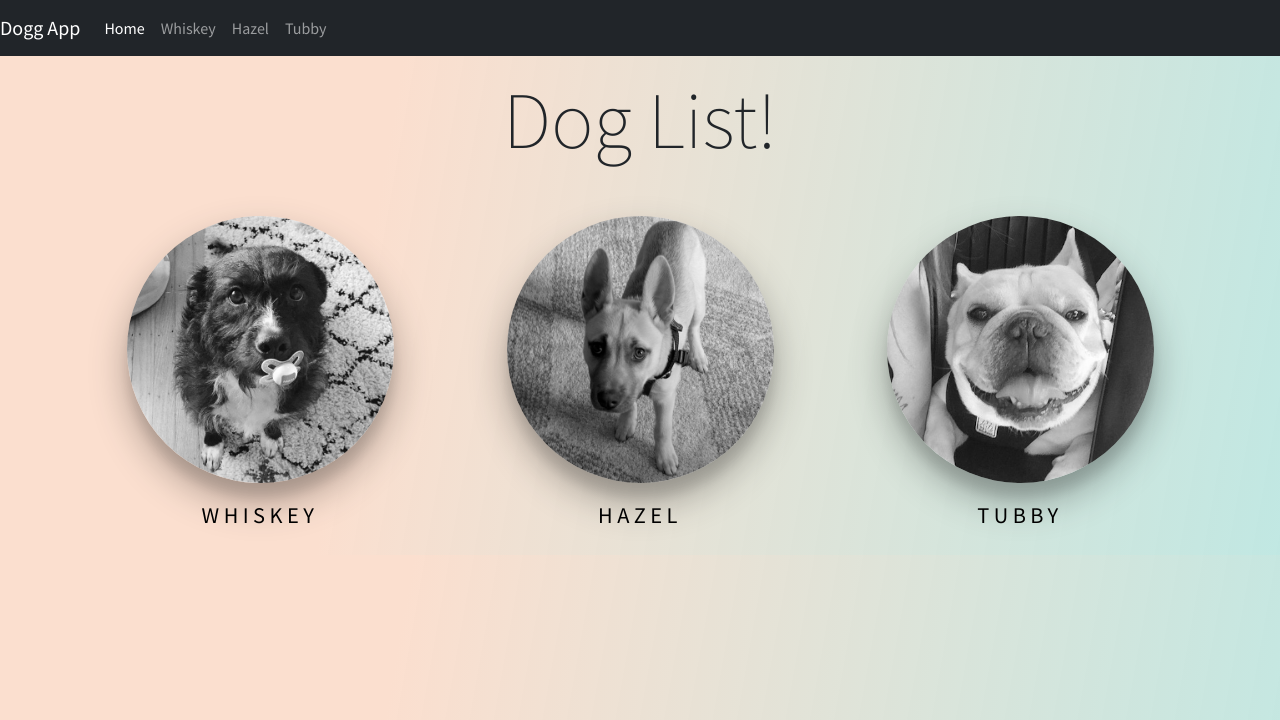
Repository: zhapar/dogs
Page: /dogs
An editor plug-in stored every save of this project. The page is shown before and after the next save, followed by the edit.
The browser window is 1280 px wide. The pictures show the whole page.
The project was rebuilt for these pictures with package versions that can differ from the ones it lists, and the page was loaded fresh each time. A package was used in the major version that the imports need, not the one package.json lists. Also part of the build but not shown: src/DogDetails.css, src/DogDetails.js, src/App.css.

Above is the page before, as saved 2020-09-06 13:21:27.

### src/index.js
import React from "react";
import ReactDOM from "react-dom";
import "bootstrap";
import "bootstrap/dist/css/bootstrap.min.css";
import { BrowserRouter } from "react-router-dom";
import "./index.css";
import App from "./App";
import * as serviceWorker from "./serviceWorker";

ReactDOM.render(
  <React.StrictMode>
    <BrowserRouter>
      <App />
    </BrowserRouter>
  </React.StrictMode>,
  document.getElementById("root")
);

// If you want your app to work offline and load faster, you can change
// unregister() to register() below. Note this comes with some pitfalls.
// Learn more about service workers: https://bit.ly/CRA-PWA
serviceWorker.unregister();

### src/index.css
@import url('https://fonts.googleapis.com/css2?family=Source+Sans+Pro:wght@200;400&display=swap');

body {
  margin: 0;
  font-family: 'Source Sans Pro', sans-serif;
  -webkit-font-smoothing: antialiased;
  -moz-osx-font-smoothing: grayscale;
  background: linear-gradient(100deg,
      rgba(250, 215, 195, 0.8) 30%,
      #b0eae8 120%);
}

code {
  font-family: source-code-pro, Menlo, Monaco, Consolas, 'Courier New',
    monospace;
}

### src/App.js
import React, { Component } from "react";
import Navbar from "./Navbar";
import Routes from "./Routes";
import whiskey from "./images/whiskey.jpg";
import hazel from "./images/hazel.jpg";
import tubby from "./images/tubby.jpg";
import "./App.css";

class App extends Component {
  static defaultProps = {
    dogs: [
      {
        name: "Whiskey",
        age: 5,
        src: whiskey,
        facts: [
          "Whiskey loves eating popcorn.",
          "Whiskey is a terrible guard dog.",
          "Whiskey wants to cuddle with you!",
        ],
      },
      {
        name: "Hazel",
        age: 3,
        src: hazel,
        facts: [
          "Hazel has soooo much energy!",
          "Hazel is highly intelligent.",
          "Hazel loves people more than dogs.",
        ],
      },
      {
        name: "Tubby",
        age: 4,
        src: tubby,
        facts: [
          "Tubby is not the brightest dog",
          "Tubby does not like walks or exercise.",
          "Tubby loves eating food.",
        ],
      },
    ],
  };
  render() {
    return (
      <div>
        <Navbar dogs={this.props.dogs} />
        <div className="container">
          <Routes dogs={this.props.dogs} />
        </div>
      </div>
    );
  }
}

export default App;

### src/Navbar.js
import React, { Component } from "react";
import { NavLink, Link } from "react-router-dom";

class Navbar extends Component {
  render() {
    const dogLinks = this.props.dogs.map((dog) => (
      <li className="navbar-item" key={dog.name}>
        <NavLink exact to={`/dogs/${dog.name}`} className="nav-link">
          {dog.name}
        </NavLink>
      </li>
    ));
    return (
      <nav className="navbar navbar-expand-lg navbar-dark bg-dark">
        <Link to="/dogs" className="navbar-brand">
          Dogg App
        </Link>
        <button
          className="navbar-toggler"
          type="button"
          data-toggle="collapse"
          data-target="#navbarNav"
          aria-expanded="false"
          aria-label="Toggle navigation"
        >
          <span className="navbar-toggler-icon"></span>
        </button>
        <div className="collapse navbar-collapse" id="navbarNav">
          <ul className="navbar-nav">
            <li className="navbar-item">
              <NavLink exact to="/dogs" className="nav-link">
                Home
              </NavLink>
            </li>
            {dogLinks}
          </ul>
        </div>
      </nav>
    );
  }
}

export default Navbar;

### src/Routes.js
import React, { Component } from "react";
import { Switch, Route, Redirect } from "react-router-dom";
import DogList from "./DogList";
import DogDetails from "./DogDetails";

class Routes extends Component {
  render() {
    const getDog = (props) => {
      const name = props.match.params.name;
      const currentDog = this.props.dogs.find(
        (dog) => dog.name.toLowerCase() === name.toLowerCase()
      );
      return <DogDetails {...props} dog={currentDog} />;
    };
    return (
      <Switch>
        <Route
          exact
          path="/dogs"
          render={() => <DogList dogs={this.props.dogs} />}
        />
        <Route exact path="/dogs/:name" render={getDog} />
        <Redirect to="/dogs" />
      </Switch>
    );
  }
}

export default Routes;

### src/DogList.js
import React, { Component } from "react";
import { Link } from "react-router-dom";
import "./DogList.css";

class DogList extends Component {
  render() {
    return (
      <div className="DogList">
        <h1 className="display-1 text-center mt-3 mb-5">Dog List!</h1>
        <div className="row">
          {this.props.dogs.map((d) => (
            <div className="Dog col-md-6 col-lg-4 text-center" key={d.name}>
              <img src={d.src} alt={d.name} />
              <h3>
                <Link className="underline" to={`/dogs/${d.name}`}>
                  {d.name}
                </Link>
              </h3>
            </div>
          ))}
        </div>
      </div>
    );
  }
}

export default DogList;

### src/DogList.css
.Dog img {
  width: 75%;
  border-radius: 50%;
  box-shadow: 0 19px 38px rgba(0, 0, 0, 0.3), 0 15px 12px rgba(0, 0, 0, 0.1);
  filter: grayscale();
  transition: 0.4s filter ease;
}

.Dog:hover img {
  filter: none;
}

.Dog .underline {
  text-decoration: none;
  border: 4px solid transparent;
  display: inline-block;
  vertical-align: top;
  line-height: 36px;
  text-transform: uppercase;
  color: #000000;
  letter-spacing: 0.2em;
  text-align: center;
  font-size: 1.4rem;
  margin: 10px;
  position: relative;
}

.Dog .underline::after {
  width: 0%;
  height: 4px;
  display: block;
  background-color: #ffffff;
  content: '';
  position: absolute;
  top: 34px;
  left: 50%;
  transition: left 0.4s cubic-bezier(0.215, 0.61, 0.355, 1),
    width 0.4s cubic-bezier(0.215, 0.61, 0.355, 1);
}

.Dog:hover .underline::after {
  width: 100%;
  top: 34px;
  left: 0;
}

Loaded but not shown: public/index.html (common file); src/serviceWorker.js (common file)

After the next save:
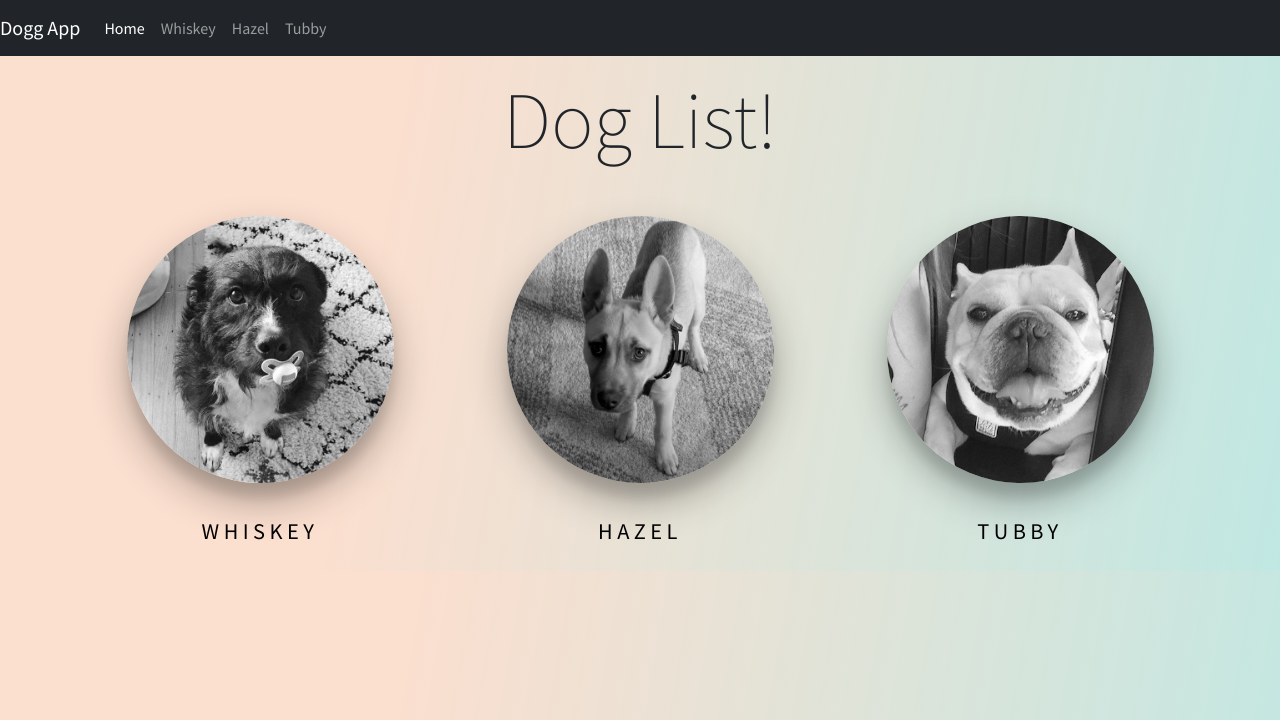
Saved 31 s later.
--- a/src/DogList.js
+++ b/src/DogList.js
@@ -11,7 +11,7 @@ class DogList extends Component {
           {this.props.dogs.map((d) => (
             <div className="Dog col-md-6 col-lg-4 text-center" key={d.name}>
               <img src={d.src} alt={d.name} />
-              <h3>
+              <h3 className="mt-3">
                 <Link className="underline" to={`/dogs/${d.name}`}>
                   {d.name}
                 </Link>
